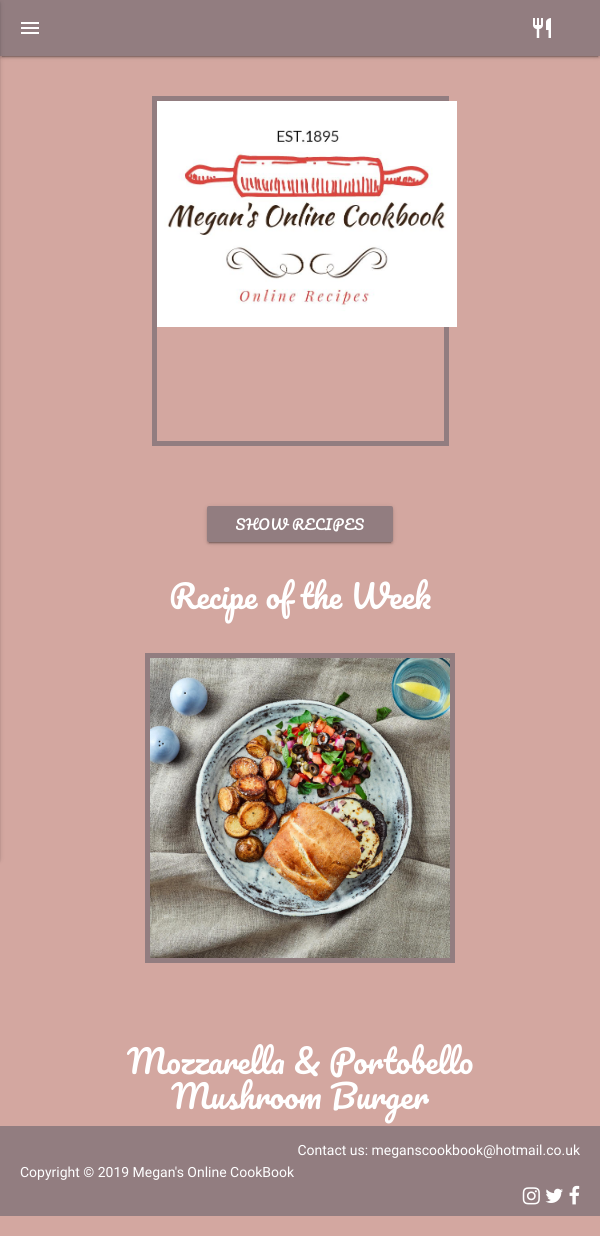
Repository: megananne/online-cook-book
Page: http://localhost/
The author's editor kept a record of every edit. The page is drawn from the files as they stood at one moment, then again after the next edit.
The browser window is 600 px wide. The pictures show the whole page.
Some web libraries are served in a nearby version. The page is served by the project's application, run on Flask 3 (app.py). Queries for data that is not in the repository find no rows.

Above is the page before.

### templates/homepage.html
{% extends 'base.html' %} {% block content %}


<div class="row homeimage">

    <img width="450" src="static/images/homeimg2.JPG">
</div>
<div style=" text-align: center;">

    <a class="waves-effect  btn showrecipesbtn" href="{{url_for('getrecipes')}}">Show Recipes</a>

</div>


<div class=" row recipeofweektext">
    <h4> Recipe of the Week</h4>
    <div class="col-lg-12 recipeofweek">

        <img class="materialboxed homeimg" width="300" height="300" src="static/images/recipeofweek1.jpg">


    </div>

</div>
<div class="recipeofweek2">
    <h4>Mozzarella & Portobello </br>Mushroom Burger</h4>
</div>
</div>


{% endblock %}

### templates/base.html
<!DOCTYPE html>
<html>

<head>
  <meta charset="UTF-8">
  <meta name="title" content="Megan's Online CookBook">
  <meta name="description" content="This is an online recipe book which the users can add and edit recipes. The website has ingredients and images of recipes.">
  <meta name="keywords" content="HTML,CSS,Python,JavaScript">
  <meta name="author" content="Megan Smith">
  <meta name="viewport" content="width=device-width, initial-scale=1.0">


  <link rel="stylesheet" href="https://use.fontawesome.com/releases/v5.8.2/css/all.css" integrity="sha384-oS3vJWv+0UjzBfQzYUhtDYW+Pj2yciDJxpsK1OYPAYjqT085Qq/1cq5FLXAZQ7Ay" crossorigin="anonymous">
  <link href="https://fonts.googleapis.com/css?family=Pacifico&display=swap" rel="stylesheet">
  <link rel="stylesheet" href="https://fonts.googleapis.com/css?family=Open+Sans">
  <link href="https://fonts.googleapis.com/icon?family=Material+Icons" rel="stylesheet">
  <link rel="stylesheet" href="https://cdnjs.cloudflare.com/ajax/libs/font-awesome/4.7.0/css/font-awesome.min.css">
  <link rel="stylesheet" href="https://cdnjs.cloudflare.com/ajax/libs/materialize/0.100.2/css/materialize.min.css">
  <link rel="stylesheet" href="{{url_for('static', filename='css/style.css')}}" type="text/css">
</head>

<body>

  <header>
    <nav>
      <div class="nav-wrapper">
        <a href="{{url_for('homepage')}}"><i class="material-icons iconsnav restraunticon right">restaurant</i></a>
        <a href="#" data-activates="mobile-demo" class="button-collapse"><i class="material-icons">menu</i></a>
        <ul class="right hide-on-med-and-down">
          <li><a href="{{url_for('homepage')}}" style="font-size: 18px">Home</a></li>
          <li><a href="{{url_for('addrecipe')}}" style="font-size: 18px">Add Recipe</a></li>
          <li><a class="dropdown-trigger" href="#!" role="button" data-activates="dropdown" data-target="#" style="font-size: 18px">Sections<i class="material-icons iconsnav right">arrow_drop_down</i></a></li>
        </ul>
        <ul class="side-nav" id="mobile-demo">
          <li><a href="{{url_for('homepage')}}" style="font-size: 18px">Home</a></li>
          <li><a href="{{url_for('addrecipe')}}" style="font-size: 18px">Add Recipe</a></li>
          <li><a class="dropdown-trigger" href="#!" role="button" data-activates="dropdown" data-target="#" style="font-size: 18px">Sections<i class="material-icons iconsnav right">arrow_drop_down</i></a></li>
        </ul> </nav>
        <ul id="dropdown" class="dropdown-content">
          {% for section in sections %}
          <li><a href="{{ url_for('search', sectionname=section.sectionname) }} ">{{ section.sectionname }}</a></li>
          {% endfor %}
        </ul></div>
        <ul class="side-nav" id="mobile-demo">
          <li><a href="{{url_for('homepage')}}" style="font-size: 18px">Home</a></li>
          <li><a href="{{url_for('addrecipe')}}" style="font-size: 18px">Add Recipe</a></li>
          <li><a class="dropdown-trigger" href="#!" role="button" data-activates="dropdown" data-target="#" style="font-size: 18px">Sections<i class="material-icons iconsnav right">arrow_drop_down</i></a></li>
        </ul>

  </header>

  <div class="container" style="">
    {% block content %} {% endblock %}
  </div>
  <script src="https://cdnjs.cloudflare.com/ajax/libs/jquery/3.2.1/jquery.min.js"></script>


  <script src="https://cdnjs.cloudflare.com/ajax/libs/materialize/0.100.2/js/materialize.min.js"></script>
  <script type="text/javascript">
    $('document').ready(function() {
      $(".dropdown-trigger").dropdown();
      $('.collapsible').collapsible();
      $('select').material_select();
      $('.modal').modal();
      $(".button-collapse").sideNav();
    });
  </script>
  <footer>
    <div class="row footer">
      <div class="col-lg-12">

        <h6 style="text-align: right;">Contact us: meganscookbook@hotmail.co.uk</h6>
        <h6>Copyright © 2019 Megan's Online CookBook</h6>



      </div>
      <a href="{{url_for('homepage')}}" class="fa fa-facebook"></a>
      <a href="{{url_for('homepage')}}" class="fa fa-twitter"></a>
      <a href="{{url_for('homepage')}}" class="fa fa-instagram"></a>

    </div>
  </footer>


</html>

### app.py
import os
from flask import Flask, render_template, redirect, request, url_for
from flask_pymongo import PyMongo
from bson.objectid import ObjectId

app = Flask(__name__)

app.config["MONGO_DBNAME"] = 'online-cook=book'
app.config["MONGO_URI"] = 'mongodb://admin:admin1@ds119160.mlab.com:19160/online-cook-book'

mongo = PyMongo(app)

@app.route('/')
def homepage():
    return render_template("homepage.html", sections=mongo.db.sections.find())
@app.route('/getrecipes')
def getrecipes():
    return render_template("recipes.html", recipes=mongo.db.recipes.find(), sections=mongo.db.sections.find())

@app.route('/addrecipe')
def addrecipe():
    sections = []
    add_sections = []
    db_sections=mongo.db.sections.find()
    for section in db_sections:
        sections.append(section)
        add_sections.append(section)
    return render_template('addrecipe.html',
                           sections=sections,
                           add_sections=add_sections)

@app.route('/insertrecipe', methods=['POST'])
def insertrecipe():
    recipe = request.form.to_dict()
    recipe['allergens'] = 'allergens' in recipe
    print(recipe)
    mongo.db.recipes.insert_one(recipe)
    return redirect(url_for('getrecipes'))

@app.route('/editrecipe/<recipeid>')
def editrecipe(recipeid):
    therecipe = mongo.db.recipes.find_one({'_id': ObjectId(recipeid)})
    allsections = mongo.db.sections.find()
    return render_template(
        'editrecipe.html', recipe=therecipe, sections=allsections)


@app.route('/changerecipe/<recipeid>', methods=['POST'])
def changerecipe(recipeid):
    mongo.db.recipes.update(
        {'_id': ObjectId(recipeid)},
        {
            'recipename': request.form.get('task_name'),
            'sectionname': request.form.get('sectionname'),
            'recipeingredients': request.form.get('recipeingredients'),
            'allergens': request.form.get('allergens'),
            'cooking_time': request.form.get('cooking_time'),
        })
    return redirect(url_for('getrecipes'))


@app.route('/deleterecipe/<recipeid>', methods=['POST'])
def deleterecipe(recipeid):
    mongo.db.recipes.remove({'_id': ObjectId(recipeid)})
    return redirect(url_for('getrecipes'))


@app.route('/getsections')
def getsections():
    return render_template('sections.html',
                           sections=mongo.db.sections.find())


@app.route('/editsection/<sectionid>')
def editsection(sectionid):
    thesection = mongo.db.categories.find_one(
        {'_id': ObjectId(sectionid)})
    return render_template('editsection.html', section=thesection, sections=mongo.db.sections.find())


@app.route('/changesection/<sectionid>', methods=['POST'])
def changesection(sectionid):
    mongo.db.sections.update(
        {'_id': ObjectId(sectionid)},
        {'sectionname': request.form.get('sectionname')})
    return redirect(url_for('getsections'))


@app.route('/deletesection/<sectionid>', methods=['POST'])
def deletesection(sectionid):
    mongo.db.sections.remove({'_id': ObjectId(sectionid)})
    return redirect(url_for('getsections'))


@app.route('/insertsection', methods=['POST'])
def insertsection():
    sectionname_doc = {'sectionname': request.form.get('sectionname')}
    mongo.db.sections.insert_one(sectionname_doc)
    return redirect(url_for('getsections'))


@app.route('/addsection')
def addsection():
    return render_template('addsection.html', sections=mongo.db.sections.find())

@app.route('/search/<sectionname>')
def search(sectionname):
    return render_template("recipes.html", sections=mongo.db.sections.find(), recipes=mongo.db.recipes.find({"sectionname": sectionname}), sectionname=sectionname)

@app.route('/searchresults/<recipeingredients>', methods=['POST'])
def searchresults(recipeingredients):
    recipeingredients=request.form.to_dict()
    return render_template("results.html", ingredients=mongo.db.sections.find(), recipes=mongo.db.recipes.find({"recipeingredients": recipeingredients}),recipeingredients=recipeingredients)

if __name__ == '__main__':
    app.run(host=os.environ.get('IP'), port=int(os.environ.get('PORT')), debug=True)

### static/css/style.css
body{
  background-color: #d3a7a0
}


 /* navbar */


nav {
    color: #fff;
background-color: #927d80 ;
    width: 100%;
    height: 56px;
    line-height: 56px;
}

.iconsnav{
    color: white;
}

.nav-wrapper{
    font-size: 89px;
    font-family: 'Pacifico', cursive;
    background-color: #927d80;
}

/* social media icons */
.fa-twitter{
    margin-left: 5px;
    color: white;
    float: right;
    font-size: 20px;
}
.fa-instagram{
    color: white;
    float: right;
    margin-left: 5px;
    font-size: 20px;
}
.fa-facebook{
    float:right;
    color: white;
    font-size: 20px;
    margin-left: 5px;
}

nav, nav .nav-wrapper i, nav a.button-collapse, nav a.button-collapse i {
    color: white;
}
.side-nav li>a{
    color:red;
}

/* ------------------------ */

/* home page */


/* recipe of the week headings */
.recipeofweek2{
   font-family: 'Pacifico', cursive;
    color: white;
    text-align: center;
}

.homeimage{
    margin-top: 40px;
    margin-left: auto !important;
    margin-right: auto !important;
    margin-bottom: 40px;
    border: solid;
    width: 460px;
    height: 350px;
    border-width: 5px;
    border-color: #927d80;
}

.headingtxt{
  font-family: 'Pacifico', cursive;
  margin-top: 20px;
  color: white;
  text-align: center;
}

.showrecipesbtn{
    font-family: 'Pacifico', cursive;
    margin-left: auto !important;
    margin-top: 20px;
    margin-bottom: 20px;
    background-color: #927d80;
}
.showrecipesbtn:hover{
    background-color: #db453d;
}


.recipeofweek{
    font-family: 'Pacifico', cursive;
    color:#db453d;
    background-color: white;
    width: 310px;
    text-align: center;
    margin-top: 40px;
    margin-bottom: 40px;
    border: solid;
    padding-left: 0px;
    border-color: #927d80;
    border-width: 5px;
}

.recipeofweektext{
    font-family: 'Pacifico', cursive;
    color:white;
    margin-left: auto !important;
    margin-right: auto !important;
    width: 310px;
    text-align: center;
    margin-bottom: 40px;

}
/* -------------------------- */



/* add recipe page */


.addrecipebtn{
   font-family: 'Pacifico', cursive;
    margin-left: 260px;
    margin-bottom: 15px;
    background-color: #927d80;
}
.addrecipebtn:hover{
  background-color:  #db453d;
}

.imgurl{
  float: right;
  margin-top: 20px;

  border: 5px solid;
  position: absolute;
  border-color: grey;
  padding: 5px;
}

/* edit recipe page */



/* edit recipe button */
.editrecipebtn{
    font-family: 'Pacifico', cursive;
    background-color: #927d80;
    margin-top:5px;
    margin-left:150px;
    margin-bottom: 15px;
}
.editrecipebtn:hover{
    background-color: #db453d;
}

/* save changes button */
.savechangesbtn{
    font-family: 'Pacifico', cursive;
    background-color: #927d80;
    margin-top:5px;
    margin-left:150px;
}
.savechangesbtn:hover{
    background-color: #db453d;
    margin-left: 150px;

}

/* user editing the recipe */
input#recipename {
    border-bottom: 1px solid #db453d;
    box-shadow: 0 1px 0 0 #db453d;
}
input#recipename:focus {
    border-bottom: 1px solid #db453d;
    box-shadow:  0 1px 0 0 #db453d;
}
input#ingredients {
    border-bottom: 1px solid #db453d;
    box-shadow: 0 1px 0 0 #db453d;
}
input#ingredients:focus {
    border-bottom: 1px solid #db453d;
    box-shadow:  0 1px 0 0 #db453d;
}
input#cooking_time {
    border-bottom: 1px solid #db453d;
    box-shadow:  0 1px 0 0 #db453d;
}
input#cooking_time:focus {
    border-bottom: 1px solid #db453d;
    box-shadow:  0 1px 0 0 #db453d;
}
input#imgurl {
    border-bottom: 1px solid #db453d;
    box-shadow: 0 1px 0 0 #db453d;
}
input#imgurl:focus {
    border-bottom: 1px solid #db453d;
    box-shadow: 0 1px 0 0 #db453d;
}

/* -------------------------- */


/* recipes */


.imgurl{
  float: right;
  margin-top: 20px;
  display: block;
  border: 5px solid;
  clear: both;
  border-color: grey;
  padding: 5px;
}

/* star rating */
.checked {
  color: orange;
}


.dropdown-content li>a, .dropdown-content li>span {
	color:red;
	font-family: 'Pacifico', cursive;
}

/* Tooltip container */
.tooltip {

    padding-bottom: 10px;
    position: relative;
    display: inline-block;

}

/* Tooltip text */
.tooltip .tooltiptext {
  visibility: hidden;
  width: 180px;
  background-color: #927d80;
  color: #fff;
  text-align: center;
  margin-bottom: 5px;
  padding: 10px;
  border-radius: 6px;

  /* Position the tooltip text */
  position: absolute;
  z-index: 1;
  bottom: 125%;
  left: 50%;
  margin-left: -60px;

  /* Fade in tooltip */
  opacity: 0;
  transition: opacity 0.3s;
}

/* Tooltip arrow */
.tooltip .tooltiptext::after {
  content: "";
  position: absolute;
  top: 100%;
  left: 50%;
  margin-left: -5px;
}

/* Show the tooltip text when you mouse over the tooltip container */
.tooltip:hover .tooltiptext {
  visibility: visible;
  opacity: 1;
}

.allegerncheckbox{
    margin-left: 3rem;
}

.restraunticon{
  margin-right: 20px;
  width: 50px;
  height: 50px;
}

.recipesectionname{
font-family: 'Pacifico', cursive;
    color:black;
    font-weight: 500;
    font-size: medium;
text-align: center;

}

.recipename{
font-family: 'Pacifico', cursive;
    font-size: medium;
    color: #db453d;
}

.dropdown-content li>a, .dropdown-content li>span {
	color:red;
	font-family: 'Pacifico', cursive;
}
/* ------------------------------------ */


/* footer */


.footer{
    width: 100%;
    position: relative;
    padding-left: 20px;
    padding-right: 20px;
    padding-top: 10px;
    padding-bottom: 20px;
    color: white;
    background-color: #927d80;
    height: 90px;
}

/* social media icons */
.fa-twitter{
    margin-left: 5px;
    color: white;
    float: right;
    font-size: 20px;
}
.fa-instagram{
    color: white;
    float: right;
    margin-left: 5px;
    font-size: 20px;
}
.fa-facebook{
    float:right;
    color: white;
    font-size: 20px;
    margin-left: 5px;
}
/* ------------------------ */







.recipestext{
  font-family: 'Pacifico', cursive;
}

.validate{
    color: white;
}

.choosesection{
    color: red;
}

.input-field label {

color: white; }

.select-wrapper input.select-dropdown {

border-bottom: 1px solid #db453d; }

.select-wrapper input.select-dropdown:focus {

border-bottom: 1px solid #db453d; }

.material-icons{
    color:  #927d80;
}


input[type=text]:not(.browser-default){
        border-bottom: 1px solid #db453d;
    box-shadow: 0 1px 0 0 #db453d;
}

.col.offset-s4 {
    margin-left: 0px;}


@media (min-width: 750px) {
    .imgurl{
        margin-left: 220px;
    }
}

@media (max-width: 749px) {
    .addrecipebtn{
        margin-left: 120px;
    }
    .editrecipebtn{
        margin-left: 55px;
    }
        .savechangesbtn{
        margin-left: 90px;
    }
    img{
        width: 300px;
    }
    .homeimage{
        width: 297px;
    }
}

After the next edit:
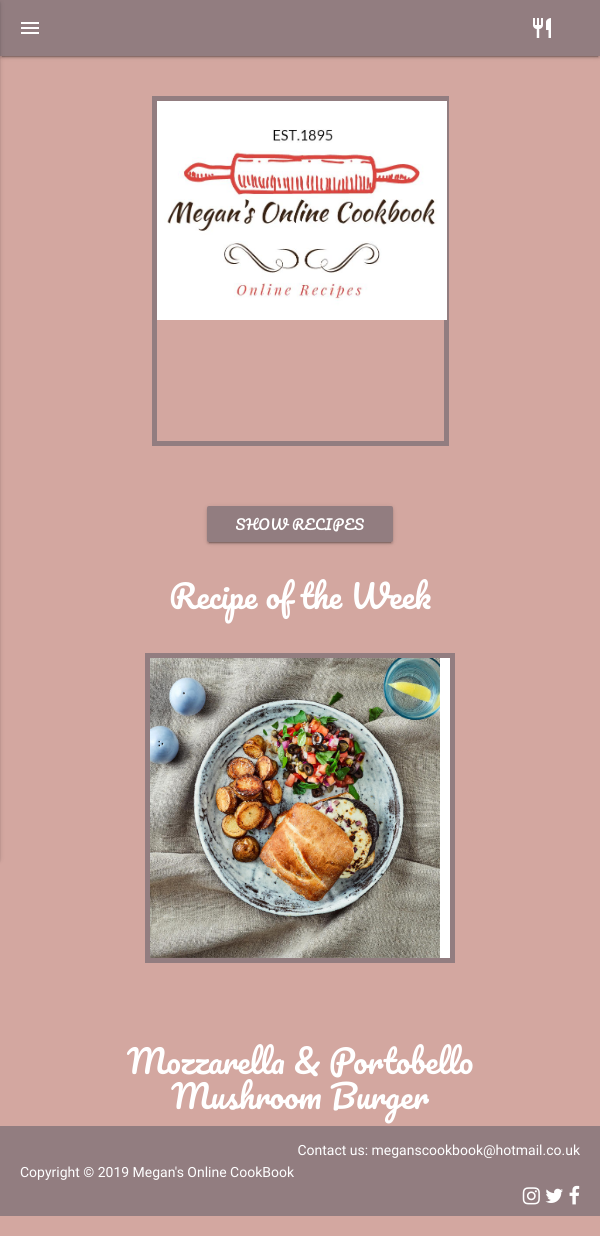
The edit:
--- a/static/css/style.css
+++ b/static/css/style.css
@@ -411,7 +411,7 @@
         margin-left: 90px;
     }
     img{
-        width: 300px;
+        width: 290px;
     }
     .homeimage{
         width: 297px;
